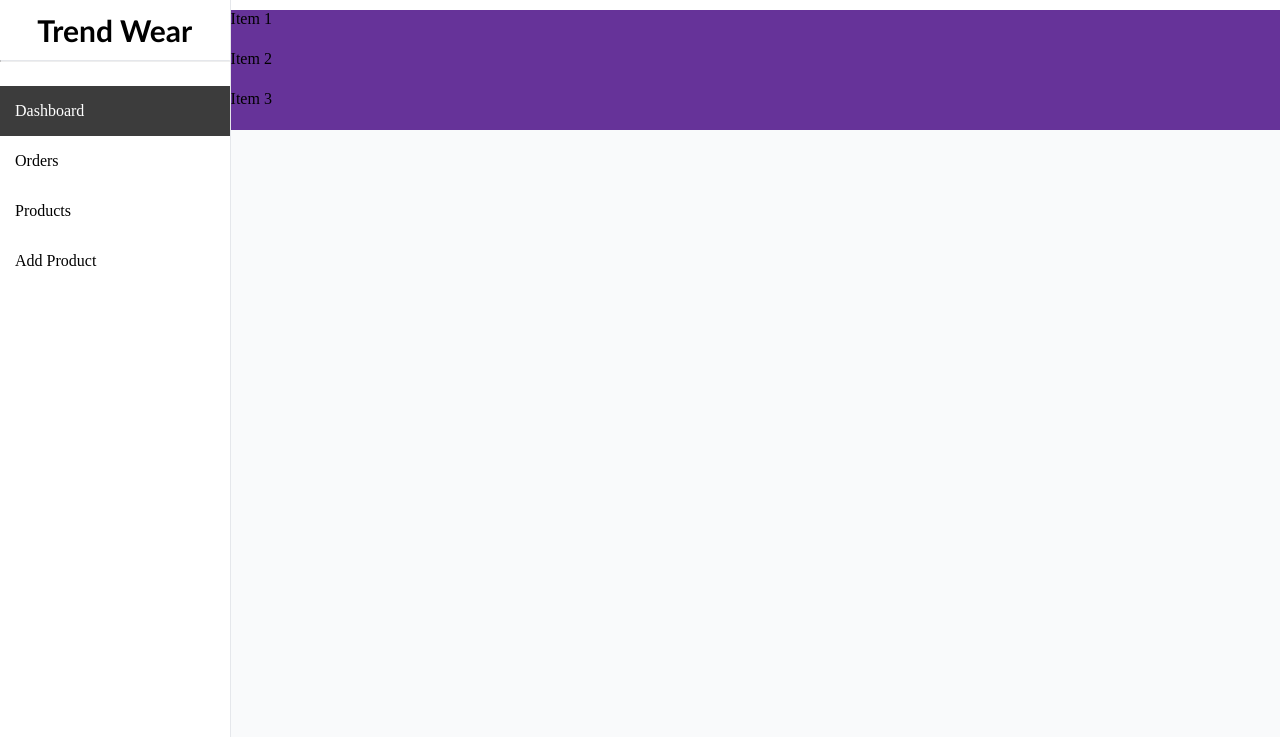
Repository: ahmad-dev7/TrendWear
Page: / (app in trend_wear_dashboard/)
These files come from the project's save history. The page is drawn as it stood at one moment and after the next save; the edit follows.
The browser window is 1280 px wide. The pictures show the whole page.
The project was rebuilt for these pictures with package versions that can differ from the ones it lists, and the page was loaded fresh each time. Also part of the build but not shown: trend_wear_dashboard/vite.config.ts.

Above is the page before, as saved 2025-01-19 18:20:32.

After the next save:
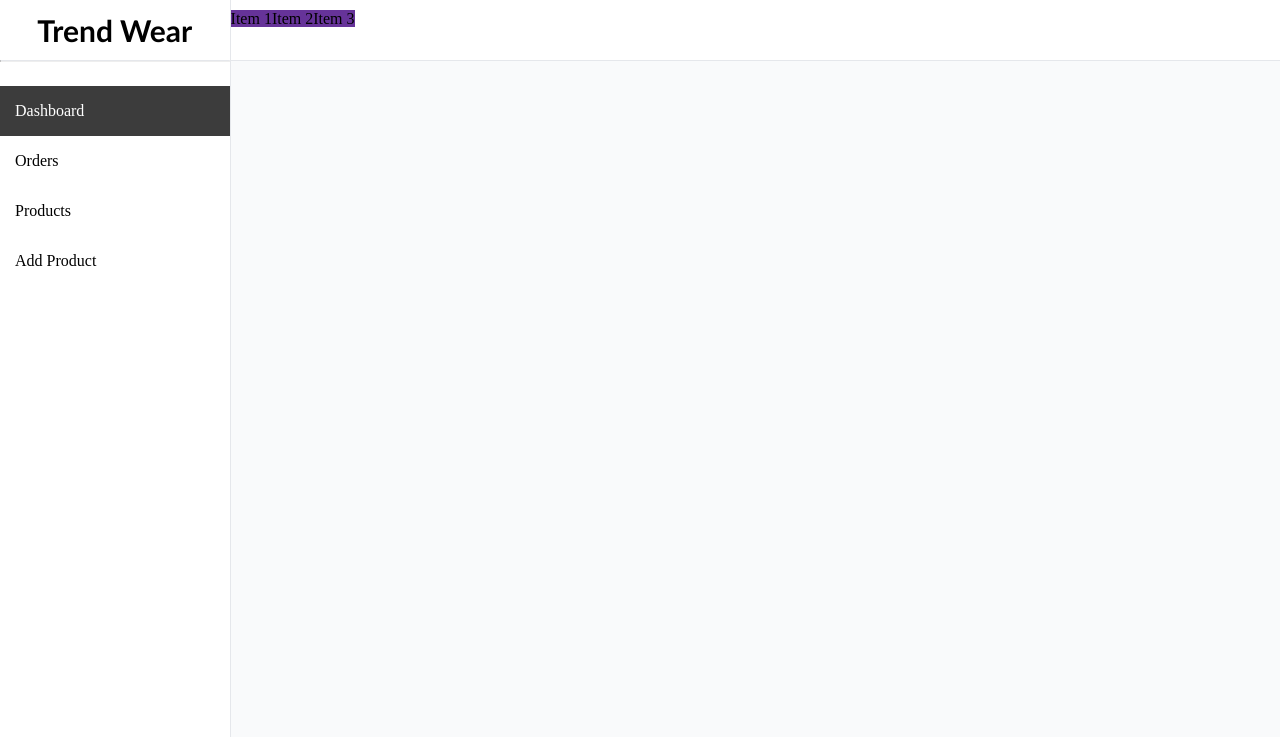
Saved 25 s later.
--- a/trend_wear_dashboard/src/Navbar/Navbar.css
+++ b/trend_wear_dashboard/src/Navbar/Navbar.css
@@ -8,9 +8,9 @@
 }
 
 .nav-item {
-    display: flex;
-    justify-content: initial;
     width: 100;
     height: 100%;
     background-color: rebeccapurple;
+    display: inline;
+    justify-content: space-around;
 }

After the save that followed:
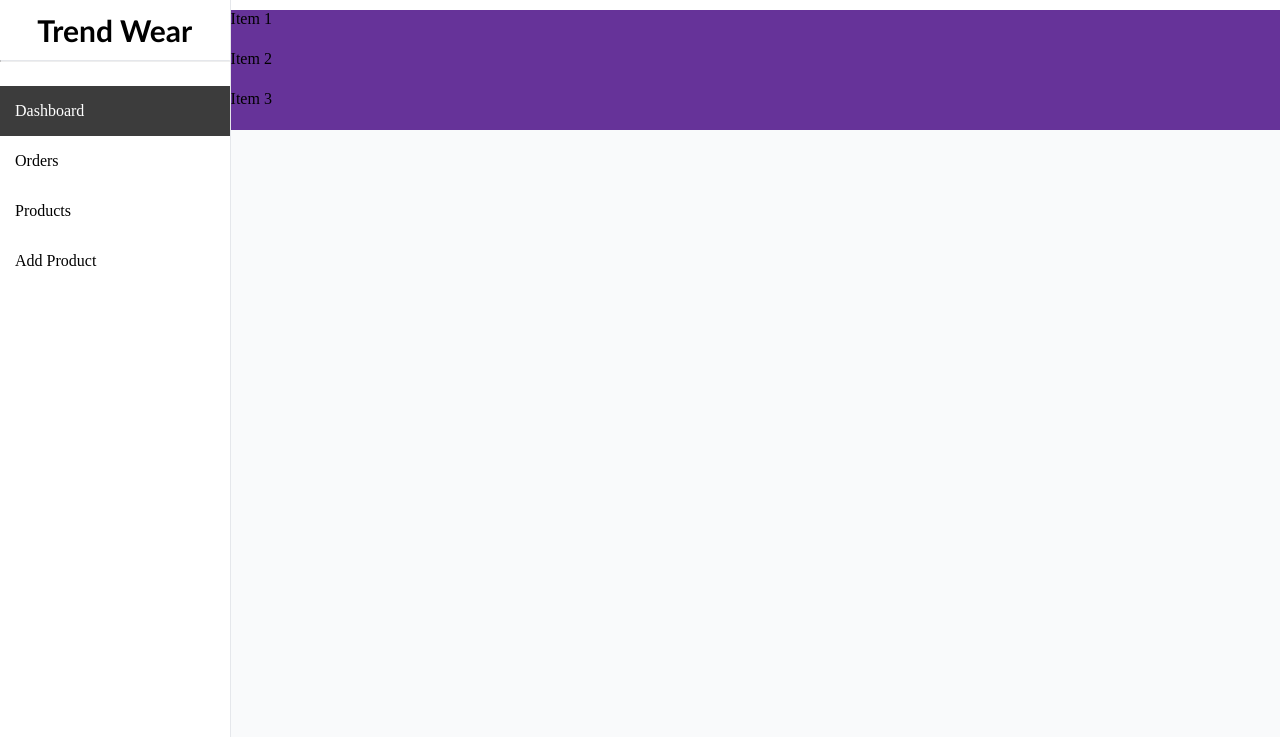
Saved 16 s later.
--- a/trend_wear_dashboard/src/Navbar/Navbar.css
+++ b/trend_wear_dashboard/src/Navbar/Navbar.css
@@ -11,6 +11,6 @@
     width: 100;
     height: 100%;
     background-color: rebeccapurple;
-    display: inline;
+    display: flexbox;
     justify-content: space-around;
 }
